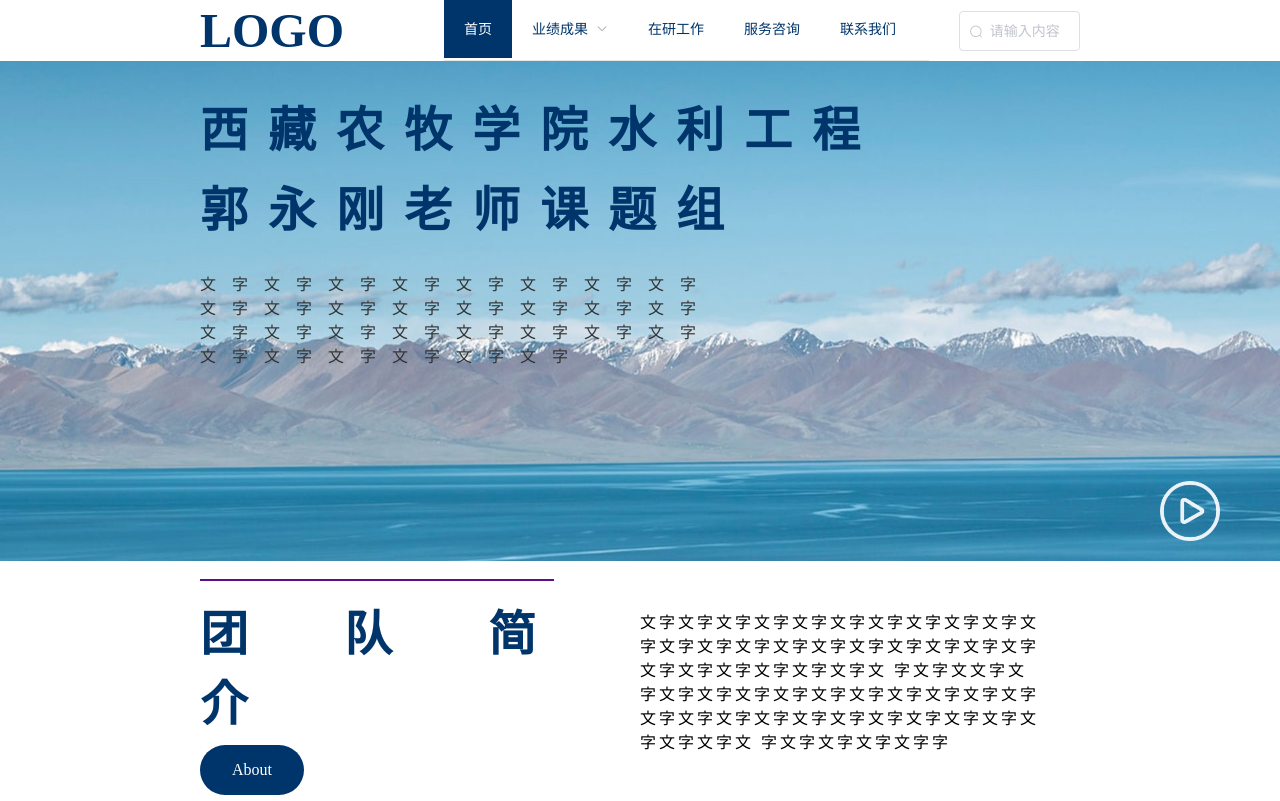
Repository: BLSY/xzust
Page: /
These files come from the project's save history. The page is drawn as it stood at one moment and after the next save; the edit follows.
The browser window is 1280 px wide. The pictures show the whole page.
The project was rebuilt for these pictures with package versions that can differ from the ones it lists, and the page was loaded fresh each time.

Above is the page before, as saved 2022-11-27 09:52:56.

After the next save:
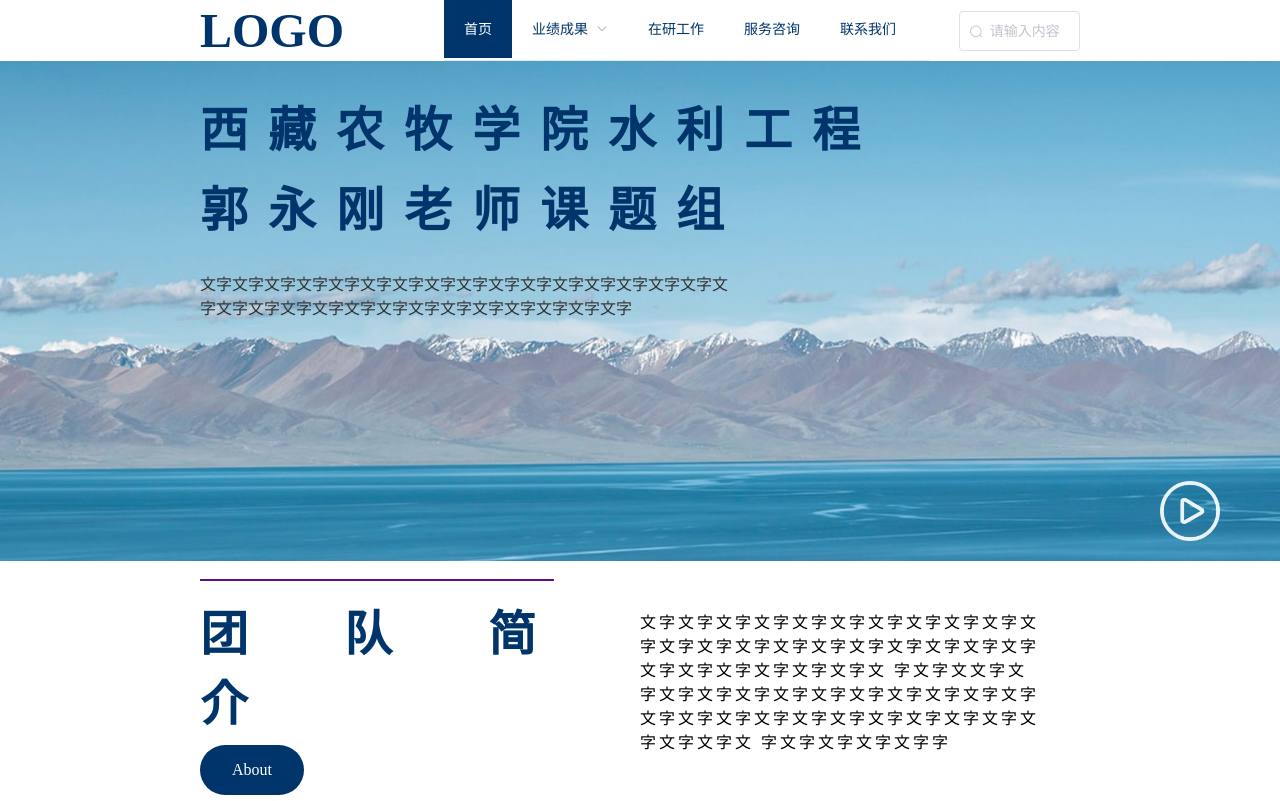
Saved 13 s later.
--- a/src/components/HelloWorld.vue
+++ b/src/components/HelloWorld.vue
@@ -157,7 +157,6 @@
     width:60%;
     font-size: 1em;
     text-align: left;
-    letter-spacing: 1em;
     color:#333;
   }
   .starvidio{
